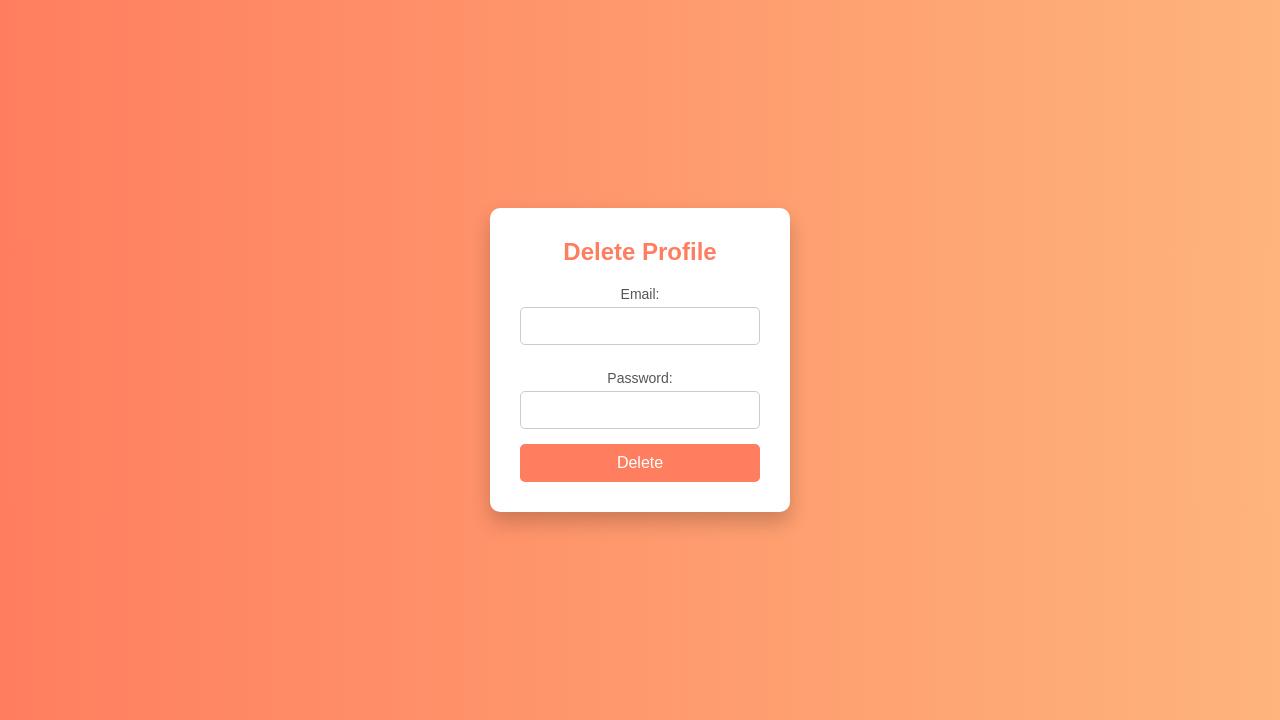
Repository: PeruriNaresh/Bank_Project
Page: http://localhost/bank_project/Delete.jsp
These files come from the project's save history. The page is drawn as it stood at one moment and after the next save; the edit follows.
The browser window is 1280 px wide. The pictures show the whole page.
The page is served by Tomcat 9.

Above is the page before, as saved 2024-10-25 16:36:05.

After the next save:
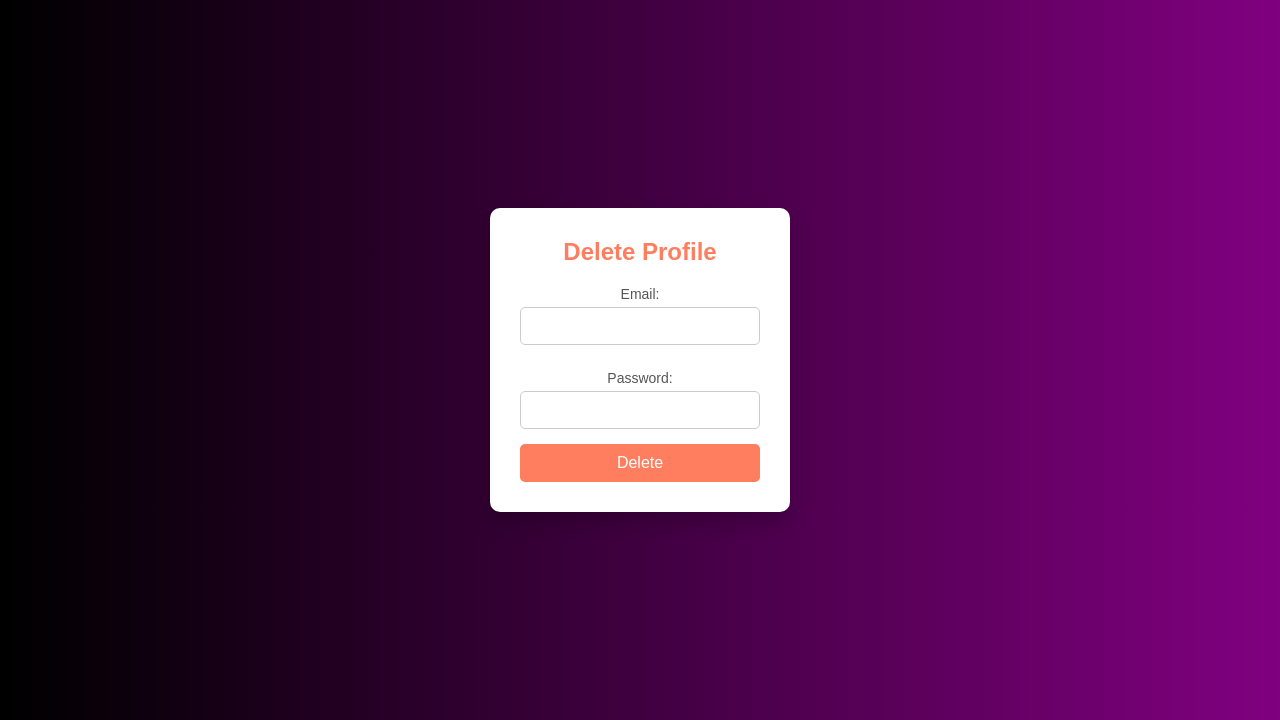
Saved 59 s later.
--- a/bank_project/src/main/webapp/Delete.jsp
+++ b/bank_project/src/main/webapp/Delete.jsp
@@ -15,7 +15,7 @@
 
 body {
     font-family: 'Arial', sans-serif;
-    background: linear-gradient(to right, #ff7e5f, #feb47b);
+    background: linear-gradient(to right, black, purple );
     height: 100vh;
     display: flex;
     justify-content: center;
